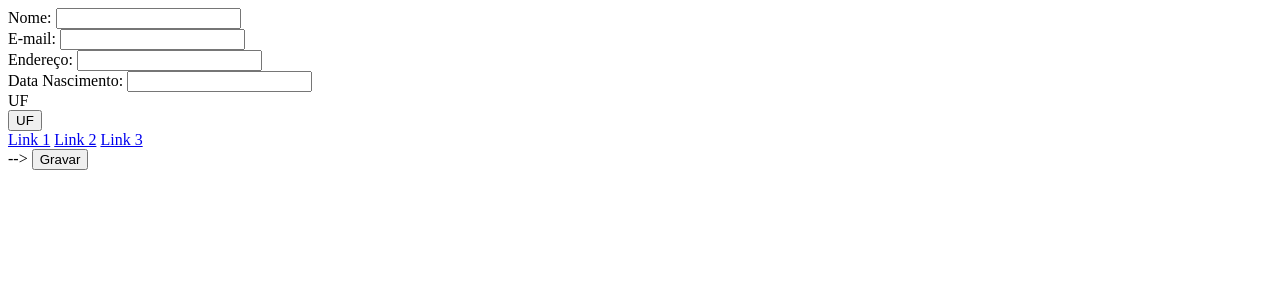
Repository: Natan16/CRUDJUSTTO
Page: CRUDJUSTTOWEB/WebContent/adiciona-advogado.html
An editor plug-in stored every save of this project. The page is shown before and after a run of saves, followed by the edit.
The browser window is 1280 px wide. The pictures show the whole page.

Above is the page before, as saved 2019-08-31 10:35:29.

### CRUDJUSTTOWEB/WebContent/adiciona-advogado.html
<html>
     <body>
         <form action="adicionaAdvogado" method="post">
             Nome: <input type="text" name="nome" /><br />
             E-mail: <input type="text" name="email" /><br />
             Endereço: <input type="text" name="endereco" /><br />
             Data Nascimento: <input type="text" name="dataNascimento" /><br />
             UF
             <div class="dropdown">
  				<button class="dropbtn">UF</button>
	  				<div class="dropdown-content">
	    				<a href="#">Link 1</a>
	    				<a href="#">Link 2</a>
	    				<a href="#">Link 3</a>
	  				</div>
			</div>

		<!-- <!-- <div class="dropdown">
  			<button class="dropbtn">Dropdown</button>
  				<div class="dropdown-content">
    				<a href="#">Link 1</a>
    				<a href="#">Link 2</a>
    				<a href="#">Link 3</a>
  				</div>
		</div> --> -->
             <input type="submit" value="Gravar" />
         </form>
     </body>
 </html>

After the next 2 saves:
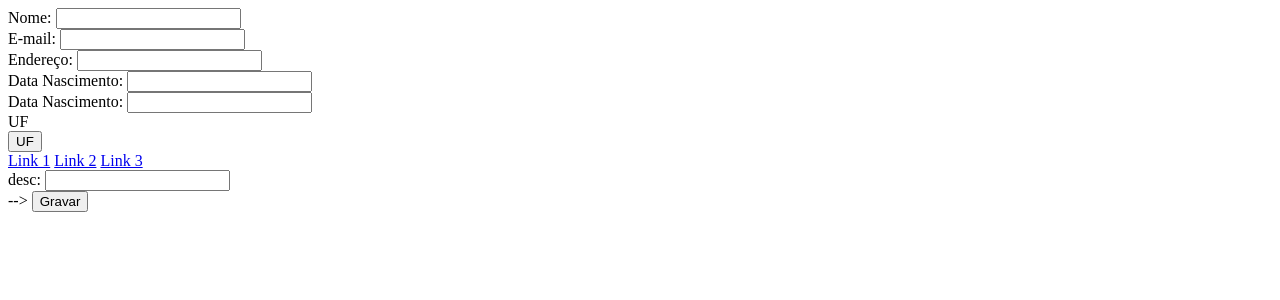
The 2 saves are shown as one change because they came seconds apart.
The last was saved 73 s later.
--- a/CRUDJUSTTOWEB/WebContent/adiciona-advogado.html
+++ b/CRUDJUSTTOWEB/WebContent/adiciona-advogado.html
@@ -4,6 +4,8 @@
              Nome: <input type="text" name="nome" /><br />
              E-mail: <input type="text" name="email" /><br />
              Endereço: <input type="text" name="endereco" /><br />
+             Data Nascimento: <input type="text" name="dataNascimento" /><br />
+
              Data Nascimento: <input type="text" name="dataNascimento" /><br />
              UF
              <div class="dropdown">
@@ -15,6 +17,7 @@
 	  				</div>
 			</div>
 
+             desc: <input type="text" name="dataNascimento" /><br />
 		<!-- <!-- <div class="dropdown">
   			<button class="dropbtn">Dropdown</button>
   				<div class="dropdown-content">
